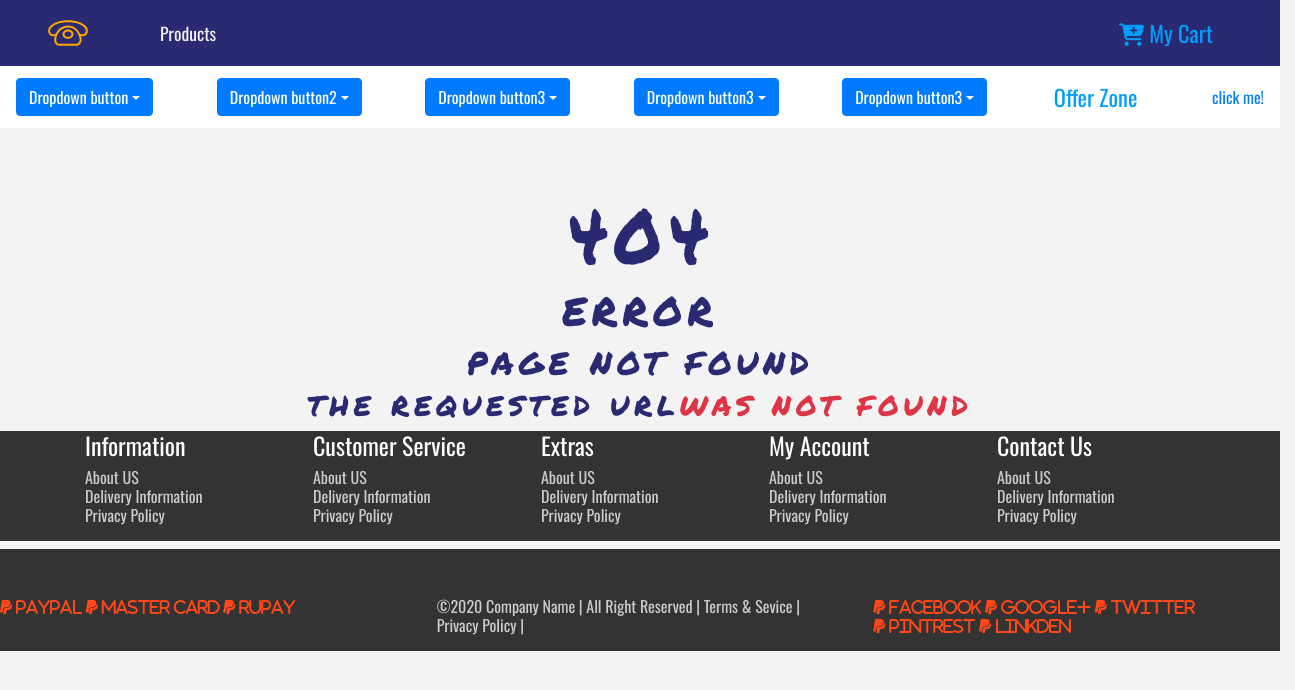
Repository: aditya1068/Online-Store
Page: /videos
These files come from the project's save history. The page is drawn as it stood at one moment and after the next save; the edit follows.
The browser window is 1280 px wide. The page is 1295 px wide, so the pictures cover 1295 px, including what lies to the right of the window. The pictures show the whole page.
Some web libraries are served in a nearby version. The project was rebuilt for these pictures with package versions that can differ from the ones it lists, and the page was loaded fresh each time. Also part of the build but not shown: src/components/Products.js, src/components/Title.js, src/components/ProductsList.js, src/components/Details.js, src/components/Cart.js, src/components/Slider.js.

Above is the page before, as saved 2020-04-14 18:24:10.

### public/index.html
<!DOCTYPE html>
<html lang="en">
  <head>
    <meta charset="utf-8" />
    <link rel="icon" href="%PUBLIC_URL%/favicon.ico" />
    <meta name="viewport" content="width=device-width, initial-scale=1" />
    <meta name="theme-color" content="#000000" />
    <meta
      name="description"
      content="Web site created using create-react-app"
    />
    <link rel="apple-touch-icon" href="%PUBLIC_URL%/logo192.png" />
    <!--
      manifest.json provides metadata used when your web app is installed on a
      user's mobile device or desktop. See https://developers.google.com/web/fundamentals/web-app-manifest/
    -->
    <link rel="manifest" href="%PUBLIC_URL%/manifest.json" />
    <!--
      Notice the use of %PUBLIC_URL% in the tags above.
      It will be replaced with the URL of the `public` folder during the build.
      Only files inside the `public` folder can be referenced from the HTML.

      Unlike "/favicon.ico" or "favicon.ico", "%PUBLIC_URL%/favicon.ico" will
      work correctly both with client-side routing and a non-root public URL.
      Learn how to configure a non-root public URL by running `npm run build`.
    -->
    <!--Google Fonts-->
    <link href="https://fonts.googleapis.com/css?family=Oswald|Permanent+Marker&display=swap" rel="stylesheet">

    <!--Font Awesome-->
    <script src="https://kit.fontawesome.com/7ff98d2d13.js" crossorigin="anonymous"></script>
    <title>Store</title>
  </head>
  <body>
    <noscript>You need to enable JavaScript to run this app.</noscript>
    <div id="root"></div>
    <!--
      This HTML file is a template.
      If you open it directly in the browser, you will see an empty page.

      You can add webfonts, meta tags, or analytics to this file.
      The build step will place the bundled scripts into the <body> tag.

      To begin the development, run `npm start` or `yarn start`.
      To create a production bundle, use `npm run build` or `yarn build`.
    -->
  </body>
</html>

### src/index.js
import React from 'react';
import ReactDOM from 'react-dom';
import './index.css';
import 'bootstrap';
//import 'bootstrap/dist/css/bootstrap.css';
//import 'bootstrap/dist/js/bootstrap.js';
import App from './App';
import { BrowserRouter as Router } from 'react-router-dom';
import {ProductProvider } from './context';
import * as serviceWorker from './serviceWorker';

ReactDOM.render(
    <ProductProvider>

    <Router>
    <App/>
    </Router>

    </ProductProvider>,



 document.getElementById('root'));

// If you want your app to work offline and load faster, you can change
// unregister() to register() below. Note this comes with some pitfalls.
// Learn more about service workers: https://bit.ly/CRA-PWA
serviceWorker.unregister();

### src/App.js
import React, { Component } from "react";
import {Route,Switch} from 'react-router-dom';
import { BrowserRouter as  Router} from 'react-router-dom';
import './App.css';
import "bootstrap/dist/css/bootstrap.min.css";
import Navbar from "./components/Navbar";
import Navbar1 from "./components/Navbar1";
import ProductsList from "./components/ProductsList";
import Details from "./components/Details";
import Cart from "./components/Cart";
import Default from "./components/Default";
import Modal from './components/Modal';
import Slider from "./components/Slider";
import Footer from "./components/Footer";
import Footer2 from "./components/Footer2";

class App extends Component {
  render() {
    return(

      <Router>
        <Navbar />

        <Navbar1 />

          <Switch>
            <Route path ="/" exact component ={
              () => (<ProductsList></ProductsList>)
            } />

            <Route path ="/details" exact component ={
              () => (<Details></Details>)
             } />

            <Route path ="/cart" exact component ={
              () => (<Cart></Cart>)
            } />

              <Route  component ={
              () => (<Default></Default>)
            } />

              </Switch>

            <Modal />
            <Footer /> <Footer2 />

  </Router>

    );
  }
}

export default App;

### src/context.js
import React, { Component } from 'react';
import { storeProducts, detailProduct } from './data';

const ProductContext = React.createContext();
// Provider
// Consumer

class ProductProvider extends Component {
   state = {
     products: [],
     detailProduct: detailProduct,
     cart: [],
     modalOpen: false,
     modalProduct: detailProduct,
     cartSubTotal: 0,
     cartTax: 0,
     CartTotal: 0,
   };

   componentDidMount() {
     this.setProducts();
   }

   setProducts = () => {
     let tempProducts = [];
     storeProducts.forEach(item => {
       const singleItem = { ...item };
       tempProducts = [...tempProducts, singleItem];
     });
     this.setState(() => {
       return { products: tempProducts };
     });
   };

    getItem = (id) => {
      const product = this.state.products.find(item => item.id === id);
      return product;
    };

   handleDetail =(id) => {
     const product = this.getItem(id);
     this.setState(() => {
       return { detailProduct:product };
     });
   };

 addToCart =(id) => {
   let tempProducts = [...this.state.products];
   const index = tempProducts.indexOf(this.getItem(id));
   const product = tempProducts[index];
   product.inCart = true;
   product.count = 1;
   const  price  = product.price;
   product.total = price;
   this.setState(() => {
     return { products: tempProducts, cart: [...this.state.cart, product] };
   },
   () => {
     this.addTotals();
   });
 };

    openModal = id => {
      const product = this.getItem(id);
      this.setState(() => {
        return { modalProduct: product, modalOpen: true };
      });
    }

closeModal = () => {
  this.setState(() => {
    return { modalOpen: false };
  });
};

increment = (id) => {
  let tempCart = [...this.state.cart];
  const selectedProduct = tempCart.find(item=>item.id === id);

  const index = tempCart.indexOf(selectedProduct);
  const product = tempCart[index];

  product.count += 1;
  product.total = product.count * product.price;

  this.setState(() => {
    return { cart: [...tempCart] };
  },
  () => {
    this.addTotals();
  });
}

decrement = (id) => {
  let tempCart = [...this.state.cart];
  const selectedProduct = tempCart.find(item => item.id === id);

  const index = tempCart.indexOf(selectedProduct);
  const product = tempCart[index];
  product.count = product.count - 1;
  if (product.count === 0) {
    this.removeItem(id);
  } else {
    product.total = product.count * product.price;
    this.setState(() => {
      return { cart: [...tempCart] };
    },
    () => { this.addTotals(); });
  }
};

removeItem = (id) => {
  const tempProducts = [...this.state.products];
  let tempCart = [...this.state.cart];

  tempCart = tempCart.filter(item => item.id !== id);
  const index = tempProducts.indexOf(this.getItem(id));
  const removedProduct = tempProducts[index];
  removedProduct.inCart = false;
  removedProduct.Count = 0;
  removedProduct.total = 0;
  this.setState(() => {
    return {
      cart: [...tempCart],
      products: [...tempProducts],
    };
  });
}

clearCart =() => {
  this.setState(() => {
    return { cart: [] };
  }, () => {
    this.setProducts();
    this.addTotals();
  });
};

addTotals =() => {
  let subTotal = 0;
  this.state.cart.map(item => (subTotal += item.total));
  const tempTax = subTotal * .18;
  const tax = parseFloat(tempTax.toFixed(1));
  const total = subTotal + tax;
  this.setState(() => {
    return {
      cartSubTotal: subTotal,
      cartTax: tax,
      CartTotal: total,
    };
  });
};

render() {
  return (
    <ProductContext.Provider value={{
      ...this.state,
      handleDetail: this.handleDetail,
      addToCart: this.addToCart,
      openModal: this.openModal,
      closeModal: this.closeModal,
      increment: this.increment,
      decrement: this.decrement,
      removeItem: this.removeItem,
      clearCart: this.clearCart,
    }}
    >
      {this.props.children}
    </ProductContext.Provider>
  );
}
}


const ProductConsumer = ProductContext.Consumer;

export { ProductProvider, ProductConsumer };

### src/App.css
:root{
  --mainBlue: #2a2a72;
  --lightBlue: #009ffd;
  --mainWhite: #f3f3f3;
  --mainDark: #232528;
  --mainYellow: #ffa400;
}
body{
    font-family: 'Oswald', sans-serif !important;
    background: var(--mainWhite)!important;
    color: var(--mainBlue)!important ;
}
.text-title{
font-family: 'Permanent Marker', cursive;
letter-spacing: 0.3rem;
text-transform: uppercase;
}
.text-blue{
  color: var(--mainBlue);
}
.text-bright{
  color: var(--lightBlue);
}
.btn-black{
  background: transparent;
  text-transform: capitalize;
  font-size: 0.6rem !important;
  color: var(--mainDark);
  border-radius: 0 !important;
  border: 0.1rem solid var(--mainDark) !important;
}

.btn-black:hover{
  background: var(--mainDark) !important;
  color: var(--mainWhite) !important;
}

.cart-icon{
  cursor: pointer;
  font-size: 1.2rem;
  color: var(--mainYellow);
}

### src/components/Navbar.js
import React, { Component } from 'react';
import {Link} from 'react-router-dom';
import logo from "../logo.svg";
import styled from "styled-components";
import {ButtonContainer} from  './button';
export default class Navbar extends Component{
    render(){
        return(

           <NavWrapper className="navbar navbar-expand-sm navbar-dark  px-sm-5">
               { /*
                https://www.iconfinder.com/icons/1243689/call_phone_icon
                Creative Commons (Attribution 3.0 Unported);
               https://www.iconfinder.com/Makoto_msk */}
    <Link to ='/' >
     <img src={logo} alt = "store" className="navbar-brand" />
    </Link>
    <ul className= "navbar-nav align-items-center">
        <li className="nav-item ml-5">
        <Link to= "/" className= "nav-link">
            products
            </Link>
            </li>
        </ul>
        <Link to= '/Cart' className="ml-auto">

        <ButtonContainer>
            <span className ="mr-2">
                <i className="fas fa-cart-plus"></i>  my cart
                </span> </ButtonContainer>
        </Link>
            </NavWrapper>
        );
    }
}

const NavWrapper =styled.nav`
background: var(--mainBlue);
.nav-link{
    color:var(--mainWhite)!important;
    font-size: 1.1rem;
    text-transform: capitalize;
}
`;

### src/components/Navbar1.js
import React, { Component } from 'react'
import Dropdown from 'react-bootstrap/Dropdown';
import {Link} from 'react-router-dom';
import styled from "styled-components";
import DropdownButton from 'react-bootstrap/DropdownButton';
import {ButtonContainer} from './button';
import Videos from './Videos';
export default class Navbar1 extends Component {
  render() {
    return (

      <Dropdown className="navbar navbar-dark bg-white mb-3 margin-left -38px;
      display: none">
      <DropdownButton id="dropdown-item-button" title="Dropdown button">


  </DropdownButton>

     <DropdownButton id="dropdown-item-button" title="Dropdown button2">



   </DropdownButton>

     <DropdownButton id="dropdown-item-button" title="Dropdown button3">
     <Dropdown.Item as="button">Action3</Dropdown.Item>
     <Dropdown.Item as="button">Another action2</Dropdown.Item>
     <Dropdown.Item as="button">Something else2</Dropdown.Item>
     <Dropdown.Item as="button">Action3</Dropdown.Item>


   </DropdownButton>

   <DropdownButton id="dropdown-item-button" title="Dropdown button3">
     <Dropdown.Item as="button">Action3</Dropdown.Item>
     <Dropdown.Item as="button">Another action2</Dropdown.Item>
     <Dropdown.Item as="button">Something else2</Dropdown.Item>
   </DropdownButton>

   <DropdownButton id="dropdown-item-button" title="Dropdown button3">
     <Dropdown.Item as="button">Action3</Dropdown.Item>
     <Dropdown.Item as="button">Another action2</Dropdown.Item>
     <Dropdown.Item as="button">Something else2</Dropdown.Item>
   </DropdownButton>


   <ButtonContainer to= "/" className= "nav-link"> Offer Zone </ButtonContainer>
   <a href="#" onClick={this.handleClick}>click me!</a>
   </Dropdown>
    );
  }
}

### src/components/Default.js
import React, { Component } from 'react'

export default class Default extends Component {
  render() {
    console.log(this.props);
    return (
   <div className= "container">
    <div className= "row">
    <div className="col-10 mx-auto text-center text-title text-uppercase pt-5">
      <h1 className="display-3"> 404</h1>
      <h1>error</h1>
      <h2>page not found</h2>
      <h3>The requested url
        <span className="text-danger">
         was not found </span>
           </h3>
    </div>
     </div>
   </div>
    );
  }
}

### src/components/Modal.js
import React, { Component } from 'react'
import styled from 'styled-components';
import {ProductConsumer} from '../context';
import {ButtonContainer } from './button';
import {Link} from "react-router-dom";


export default class  extends Component {
    render() {
        return (
            <ProductConsumer>
                {(value) => {
                    const {modalOpen,closeModal} = value;
                    const {img,title,price} = value.modalProduct;

                    if(!modalOpen){
                        return null;
                    }

                    else{
                return (
                <ModalContainer>
    <div className="container">
    <div className="row">
      <div id="modal" className= "col-8 mx-auto col-md-6 col-lg-4 text-center text-capitalize">
    <h5>item added to the cart</h5>
    <img src={img} className="img-fluid" alt="product" />
    <h5>{title}</h5>
    <h5 className= "text-muted">price : $ {price} </h5>
    <Link to ='/'>
        <ButtonContainer onClick={()=>closeModal()}>
            continue Shopping
        </ButtonContainer>
    </Link>
    <Link to ='/cart'>
        <ButtonContainer cart onClick={()=>closeModal()}>
            go to Cart
        </ButtonContainer>
    </Link>
    </div>
    </div> </div>
                        </ModalContainer>
                        );

                }
            }}
            </ProductConsumer>
        );
    }
}

const ModalContainer = styled.div`
position:fixed;
top: 0;
left: 0;
right: 0;
bottom: 0;
background: rgba(0,0,0,0.3);
display: flex;
align-items: center;
justufy-content: center;
#modal{
    background: var(--mainWhite);
}
`;

### src/components/Footer.js
import React, { Component } from 'react';


export default class Footer extends Component {
    render() {
      return (
          <div className="main-footer"  >
             <h1 style={{backgroundColor: "#333333"}}>
              <div className= "container">
              <div className= "row">
                  {/* column1 */}
                  <div className= "col">
                  <h4 style={{color: "#ffffff"}}>Information</h4>
                      <ul className="list-unstyled" style={{color: "#cccccc"}} >
                         <h6> <li>About US </li> {"\n"}
                          <li>Delivery Information</li> {"\n"} {"\n"} {"\n"}
                          <li>Privacy Policy</li></h6>
                      </ul>
                  </div>
                  {/* column2 */}
                  <div className= "col">
                      <h4 style={{color: "#ffffff"}}>Customer Service</h4>
                      <ul className="list-unstyled" style={{color: "#cccccc"}}>
                         <h6> <li>About US</li>
                          <li>Delivery Information</li>
                          <li>Privacy Policy</li></h6>
                      </ul>
                  </div>
                  {/* column3 */}
                  <div className= "col">
                      <h4 style={{color: "#ffffff"}}>Extras</h4>
                      <ul className="list-unstyled" style={{color: "#cccccc"}}>
                         <h6> <li>About US</li>
                          <li>Delivery Information</li>
                          <li>Privacy Policy</li></h6>
                      </ul>
                  </div>
                  {/*column 4 */}
                  <div className= "col">
                      <h4 style={{color: "#ffffff"}}>My Account</h4>
                      <ul className="list-unstyled" style={{color: "#cccccc"}}>
                        <h6>  <li>About US</li>
                          <li>Delivery Information</li>
                          <li>Privacy Policy</li></h6>
                      </ul>
                  </div>
                   {/*column 5 */}
                   <div className= "col">
                      <h4 style={{color: "#ffffff"}} >Contact Us</h4>
                      <ul className="list-unstyled" style={{color: "#cccccc"}}>
                        <h6>  <li>About US</li>
                          <li>Delivery Information</li>
                          <li>Privacy Policy</li></h6>
                      </ul>
                  </div>



                  </div>
              </div></h1>
          </div>

      )
      }}

### src/components/Footer2.js
import React, { Component } from 'react';

export default class Footer2 extends Component {
    render() {
      return (
        <div className="second-footer">
            <h1 style={{backgroundColor: "#333333"}}>
              <span className= "container"></span>
              <div className= "row">
                  {/* column1 */}
                  <div className= "col" style={{color: "#ff471a"}}>
                      <ul className="list-unstyled" >
                        <h6> <i className="fab fa-paypal"> Paypal </i> {""}
                          <i className="fab fa-paypal"> Master Card </i> {""}
                          <i className="fab fa-paypal"> Rupay </i> {""}</h6>
                      </ul>
                  </div>
                          {/* column2 */}
                   <div className= "col">

                      <ul className="list-unstyled" style={{color: "#cccccc"}}>
                         <h6>  &copy;{(new Date().getFullYear())} Company Name | All Right Reserved |
                           Terms & Sevice | Privacy Policy |    </h6>
                      </ul>
                  </div>

                        {/*Column 3*/}
                        <div className= "col">
                      <ul className="list-unstyled" style={{color: "#ff471a"}}>
                     <h6><i className="fab fa-paypal"> Facebook </i> {""}
                          <i className="fab fa-paypal"> Google+ </i> {""}
                          <i className="fab fa-paypal"> Twitter </i> {""}
                          <i className="fab fa-paypal"> Pintrest </i> {""}
                          <i className="fab fa-paypal"> Linkden </i> {""}</h6>

                      </ul>
                  </div>

                  </div></h1>
                 </div>



      )
    }
}

### src/components/button.js
import styled from "styled-components"



export const ButtonContainer = styled.button`
text-transform:capitalize;
font-size:1.4rem;
background: transparent;
border: 0.05 rem solid var(--lightBlue);
color: var(--lightBlue);
border-color: ${props => (props.cart? "var(--mainYellow)": "var--(lightBlue)")};
color ${prop => prop.cart ? "var(--mainYellow)": "var--(lightBlue)"};
border-radius: 0.5rem;
padding:0.2rem;
cursor:pointer;
margin:0.2rem 0.5rem 0.2rem 0;
transition:all 0.5s ease-in-out;
&:hover: {
    background:${prop => prop.cart ? "var(--mainYellow)": "var--(lightBlue)"};
    color:var(--mainBlue);
}
&:focus{
    outLine: none;
}
`;

### src/components/Videos.js
import React, { Component } from 'react';
import {Route,Switch} from 'react-router-dom';

export default class Videos extends Component {
    render() {
        return (
            <div>

            </div>
        )
    }
}

Loaded but not shown: src/index.css (common file); src/serviceWorker.js (common file); src/data.js (99 lines, source omitted)

After the next save:
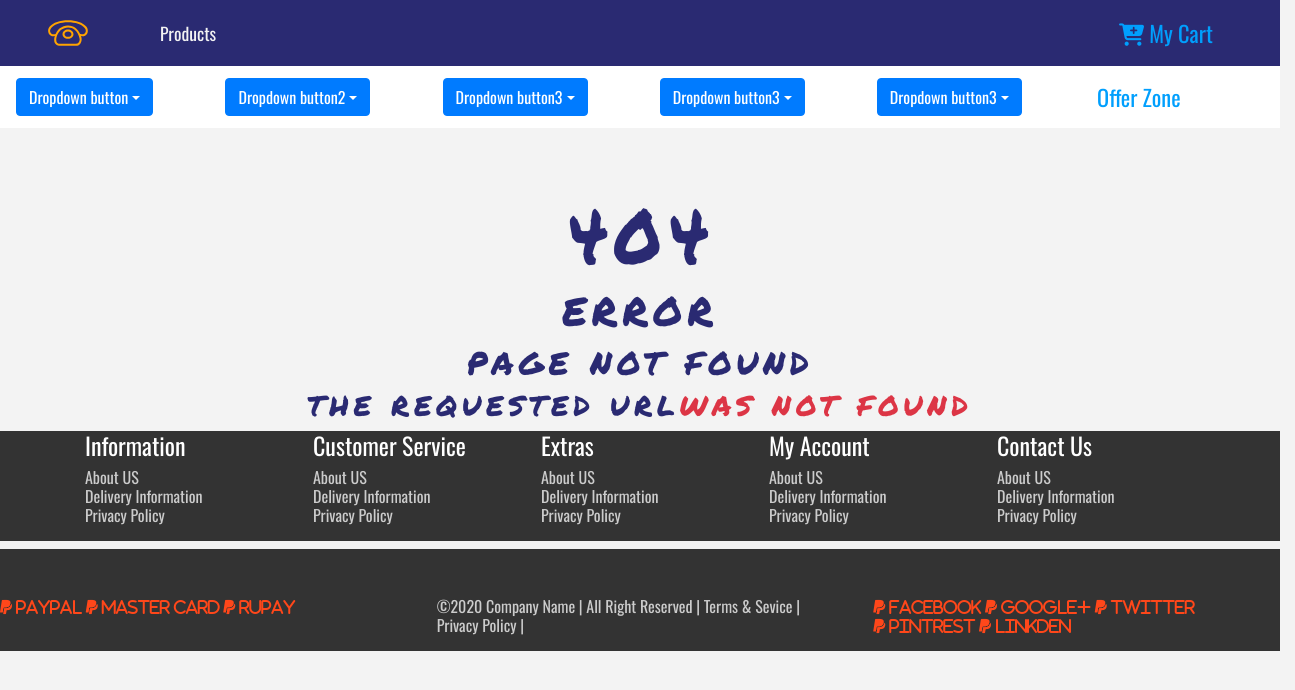
Saved 63 min 13 s later.
--- a/src/components/Navbar1.js
+++ b/src/components/Navbar1.js
@@ -1,11 +1,14 @@
 import React, { Component } from 'react'
 import Dropdown from 'react-bootstrap/Dropdown';
+import { BrowserRouter as  Router} from 'react-router-dom';
+import Route from 'react-router-dom/Route';
 import {Link} from 'react-router-dom';
 import styled from "styled-components";
 import DropdownButton from 'react-bootstrap/DropdownButton';
 import {ButtonContainer} from './button';
 import Videos from './Videos';
 export default class Navbar1 extends Component {
+
   render() {
     return (
 
@@ -45,8 +48,16 @@ export default class Navbar1 extends Component {
 
 
    <ButtonContainer to= "/" className= "nav-link"> Offer Zone </ButtonContainer>
-   <a href="#" onClick={this.handleClick}>click me!</a>
+   <Router>
+     <Route path="/videos" render={
+       ()=>{
+         return(<Videos></Videos>)
+       }
+     }/>
+   </Router>
+
    </Dropdown>
+
     );
   }
 }
